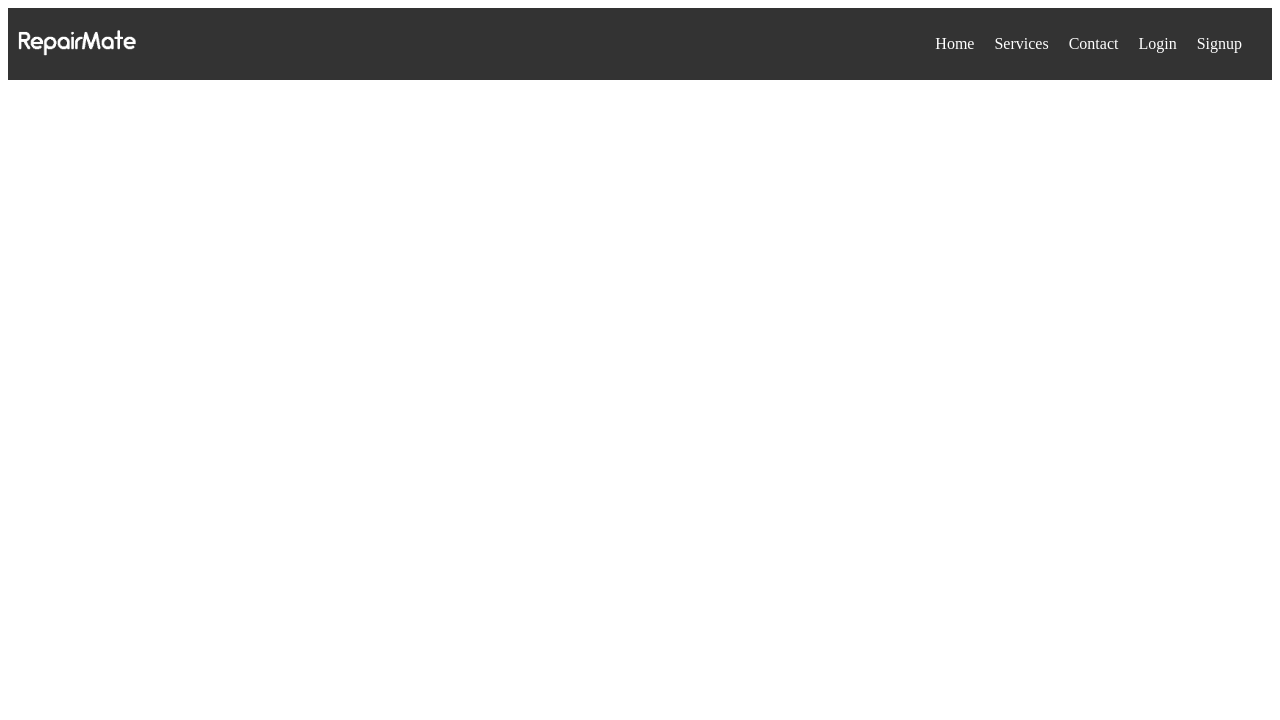
Repository: rohann12/RepairMate
Page: http://localhost/Garage/JSP/adminDash.jsp
An editor plug-in stored every save of this project. The page is shown before and after a run of saves, followed by the edit.
The browser window is 1280 px wide. The pictures show the whole page.
The page is served by Tomcat 9.

Above is the page before, as saved 2023-06-18 11:33:42.

After the next 2 saves:
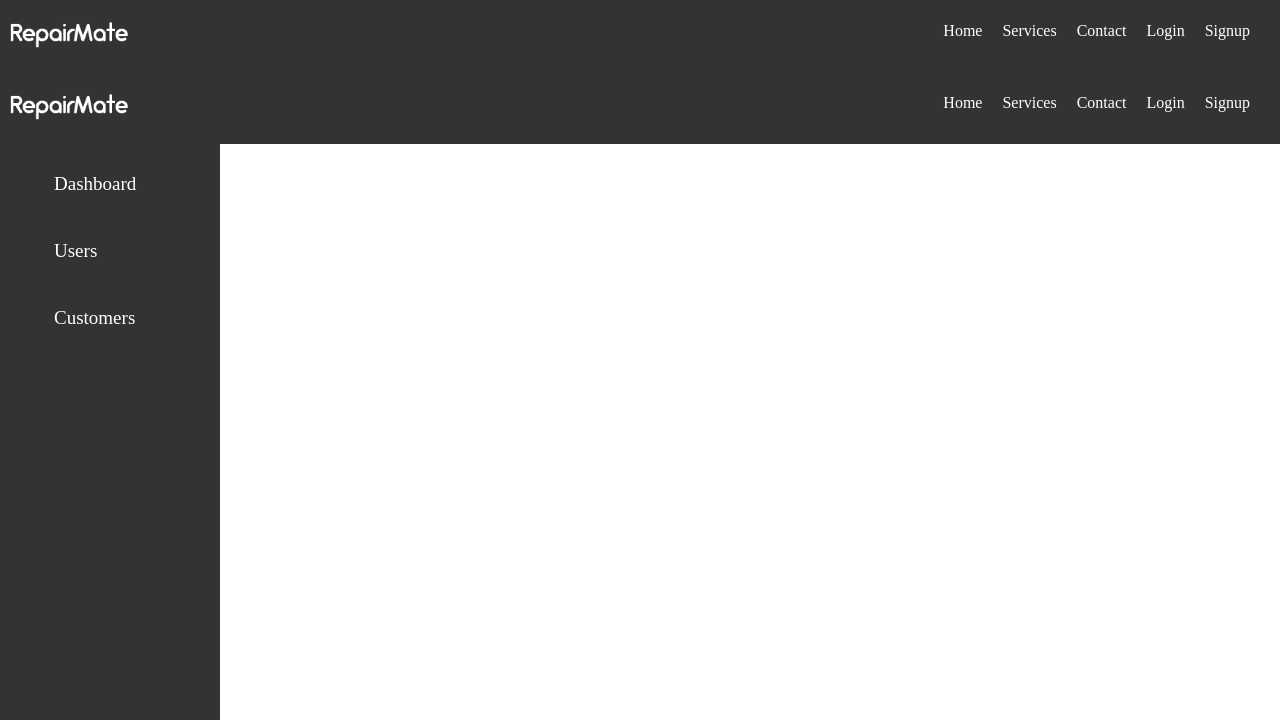
The 2 saves are shown as one change because 1 did not build or start.
The last was saved 21 s later.
--- a/Garage/src/main/webapp/JSP/adminDash.jsp
+++ b/Garage/src/main/webapp/JSP/adminDash.jsp
@@ -1,5 +1,5 @@
 <%@ page language="java" contentType="text/html; charset=UTF-8"
-    pageEncoding="UTF-8"%>
+	pageEncoding="UTF-8"%>
 <!DOCTYPE html>
 <html>
 <head>
@@ -8,6 +8,7 @@
 </head>
 <body>
 	<jsp:include page="nav.jsp" />
+	<jsp:include page="adminNav.jsp" />
 
 </body>
 </html>
